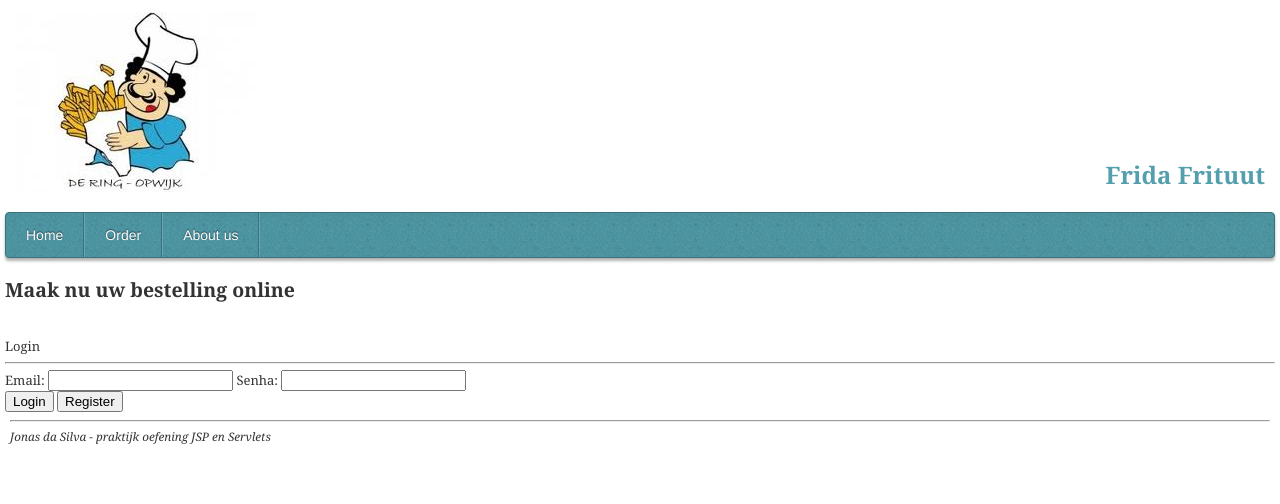
Repository: Projetos-intec/workspace-JavaWebJSP
Page: http://localhost/FrituurFrida/order.jsp
The author's editor kept a copy of each file at every save. The page is drawn from the files as they stood at one save, then again after the next save.
The browser window is 1280 px wide. The pictures show the whole page.
The page is served by Tomcat 9. Other server files are loaded and not shown.

Above is the page before, as saved 2014-09-18 08:13:12.

### FrituurFrida/WebContent/order.jsp
<%@ page language="java" contentType="text/html; charset=ISO-8859-1"
	pageEncoding="ISO-8859-1"%>
<!DOCTYPE html PUBLIC "-//W3C//DTD HTML 4.01 Transitional//EN" "http://www.w3.org/TR/html4/loose.dtd">
<html>
<head>
<head>
<meta http-equiv="Content-Type" content="text/html; charset=ISO-8859-1">
<title>Welkom bij Frituur Frida</title>
<link rel='stylesheet' href='styles/default.css' />
</head>
<body>
	<header>
	<div id='logo'>
		<img src='images/logo.jpg' alt='Frituur Frida' />
	</div>
	<div id='demotitel'>

		<h1>Frida Frituut</h1>
	</div>
	</header>
	<nav>
	<ul>
		<li><a href='welkom'>Home</a></li>
		<li><a href='order.jsp'>Order</a></li>
		<li><a href='aboutus.jsp'>About us</a></li>
	</ul>
	</nav>
	<article>
	<h2>Maak nu uw bestelling online</h2>
	<br />
	Login
	<hr />
	<form action="AddUsuario" method="POST">
		Email: <input type="email" name="email" /> Senha: <input
			type="password" name="senha" /> <br /> <input type="submit"
			value="Login" />
	<form action="register.jsp" method="POST"><input type="submit" value="Register" name="regs"  />

	</form>

	<footer>
	<hr />
	Jonas da Silva - praktijk oefening JSP en Servlets </footer>
</body>
</html>

### FrituurFrida/WebContent/styles/default.css
body {
	font-family: Georgia, "Times New Roman", Times, serif;
	font-size: 13px;
	color: #333;
	background-color: #FFF;
	margin: 0;
	padding: 0;
}

p {
	padding: 10px;
}

h1 {
	font-size: 24px;
	color: #539FAD;
}

table {
	margin: 1em 0;
	border-collapse: collapse;

}

table caption {
	text-align: left;
	font-weight: bold;
	padding: 0 0 .3em;
	color: #003d5d;
}

table td,table th {
	text-align: left;
	border: 1px solid #b1d2e4;
	padding: 3px 20px;
	vertical-align: top;
}

table th {
	font-weight: bold;
    background: #EEE url(pattern.png) top left repeat;
}

table thead th {
	background: #ecf7fd;
}

header {
	height: 200px;
}

nav {
	width: auto;
	margin: 0 5px 0 5px;
}

nav ul,
nav li nav a {
  list-style: none;
  margin: 0;
  padding: 0;
  border: 0;
  font-size: 14px;
  font-family: Helvetica;
  line-height: 1;
}

nav ul {
  zoom: 1;
  background: #539fad url(pattern.png) top left repeat;
  -webkit-border-radius: 4px;
  -moz-border-radius: 4px;
  border-radius: 4px;
  border: 1px solid #3a707a;
  -moz-box-shadow: 0 3px 3px rgba(0, 0, 0, 0.3);
  -webkit-box-shadow: 0 3px 3px rgba(0, 0, 0, 0.3);
  box-shadow: 0 3px 3px rgba(0, 0, 0, 0.3);
}
nav ul:before {
  content: '';
  display: block;
}
nav ul:after {
  content: '';
  display: table;
  clear: both;
}
nav a,
nav a:link,
nav a:visited {
  padding: 15px 20px;
  display: block;
  text-decoration: none;
  color: #ffffff;
  text-shadow: 0 -1px 1px #214046;
  border-right: 1px solid #3a707a;
}
nav a:hover {
  color: #214046;
  text-shadow: 0 1px 1px #76b2bd;
}
nav li {
  float: left;
  border-right: 1px solid #64a9b5;
}
nav li:hover {
  background: #4a8f9c url(pattern.png) top left repeat;
}
nav li:first-child {
  border-left: none;
  -webkit-border-radius: 4px 0 0 4px;
  -moz-border-radius: 4px 0 0 4px;
  border-radius: 4px 0 0 4px;
}

header, article, footer {
	padding: 2px 5px 10px 5px;
}

footer {
	font-style: italic;
	font-size: 0.9em;
}

#logo {
	margin: 10px 0 -23px 10px;
	float: left;
}

#demotitel {
	margin: 140px 10px 0 0;
	float: right;

}

After the next save:
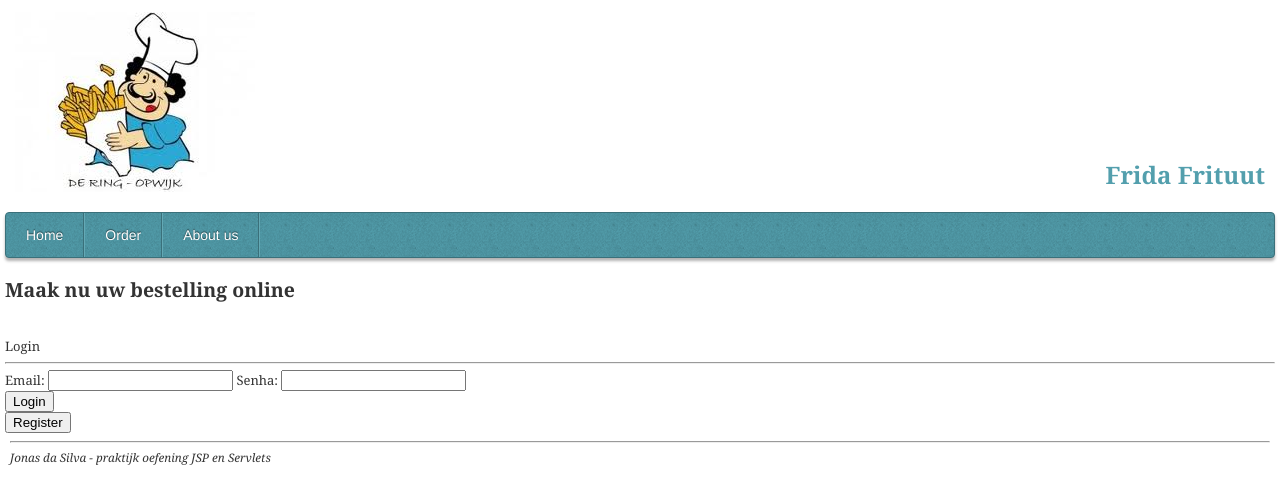
Saved 21 s later.
--- a/FrituurFrida/WebContent/order.jsp
+++ b/FrituurFrida/WebContent/order.jsp
@@ -33,7 +33,7 @@
 	<form action="AddUsuario" method="POST">
 		Email: <input type="email" name="email" /> Senha: <input
 			type="password" name="senha" /> <br /> <input type="submit"
-			value="Login" />
+			value="Login" />  	</form>
 	<form action="register.jsp" method="POST"><input type="submit" value="Register" name="regs"  />
 
 	</form>
